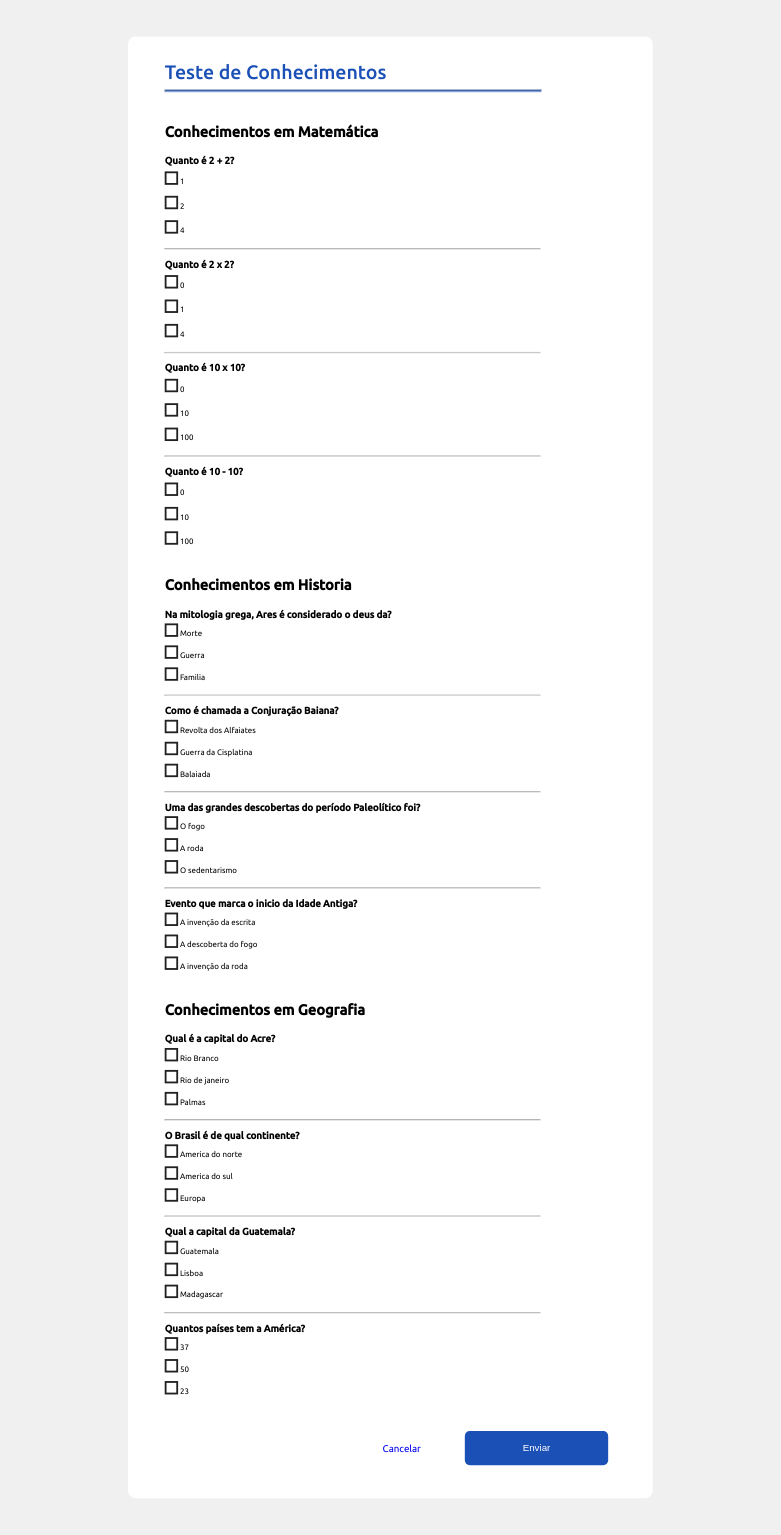
Repository: Delei09/desafioPerguntas
Page: / (app in frontend/)
An editor plug-in stored every save of this project. The page is shown before and after a run of saves, followed by the edit.
The browser window is 1280 px wide. The pictures show the whole page, at 61% of full size.
The project was rebuilt for these pictures with package versions that can differ from the ones it lists, and the page was loaded fresh each time. A package was used in the major version that the imports need, not the one package.json lists. Also part of the build but not shown: frontend/src/styles/resultado.scss, frontend/src/page/Resultado.tsx, frontend/src/styles/gabarito.scss, frontend/src/page/Gabarito.tsx.

Above is the page before, as saved 2021-08-19 15:14:46.

After the next 3 saves:
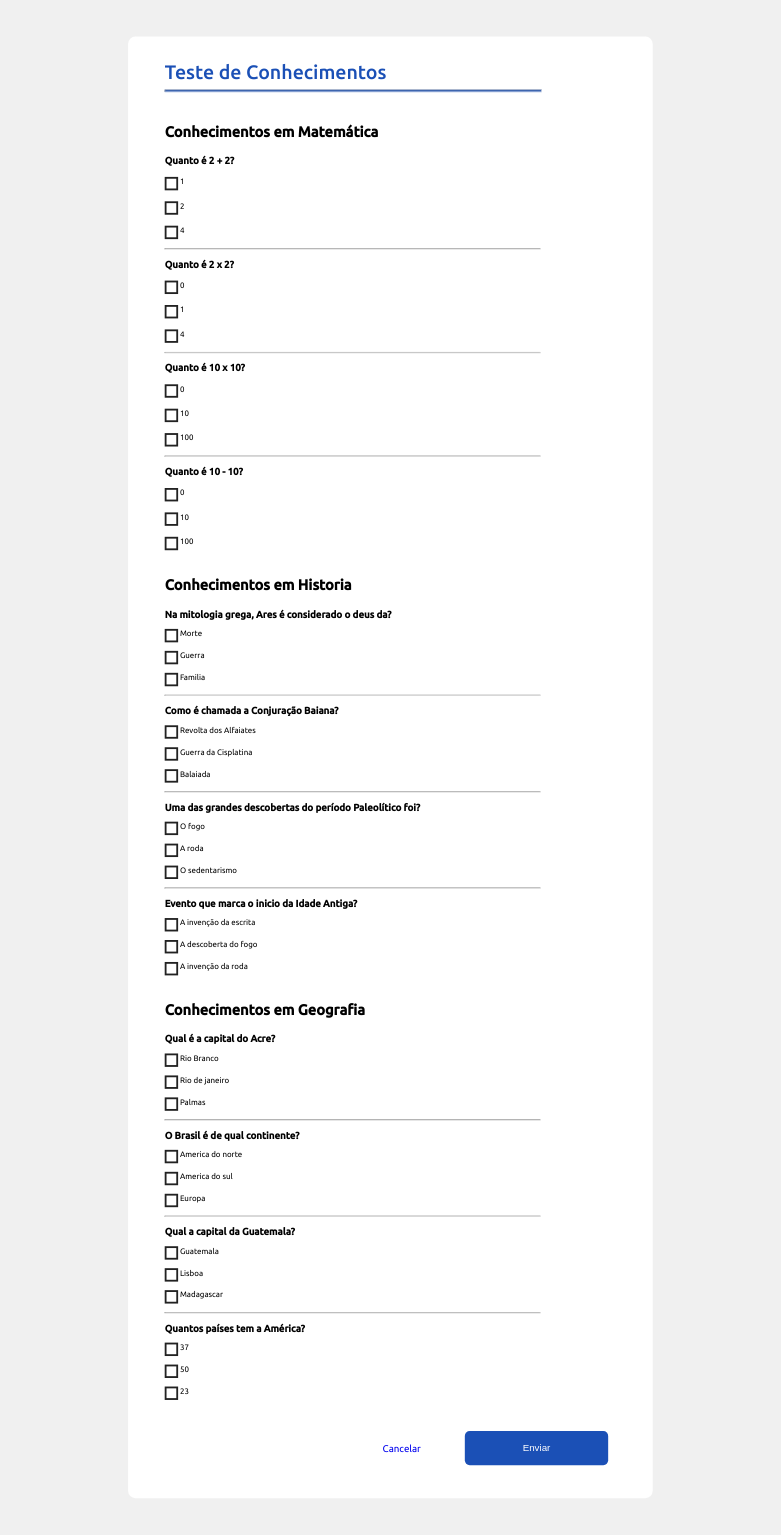
The 3 saves are shown as one change because they came seconds apart.
The last was saved 16 s later.
--- a/frontend/src/styles/global.scss
+++ b/frontend/src/styles/global.scss
@@ -43,6 +43,7 @@ label:before {
  margin-right: 10px;
  position: absolute;
  left: 0;
+ top: 0px;
  bottom: 1px;
  border:solid #222222 3px;
 
